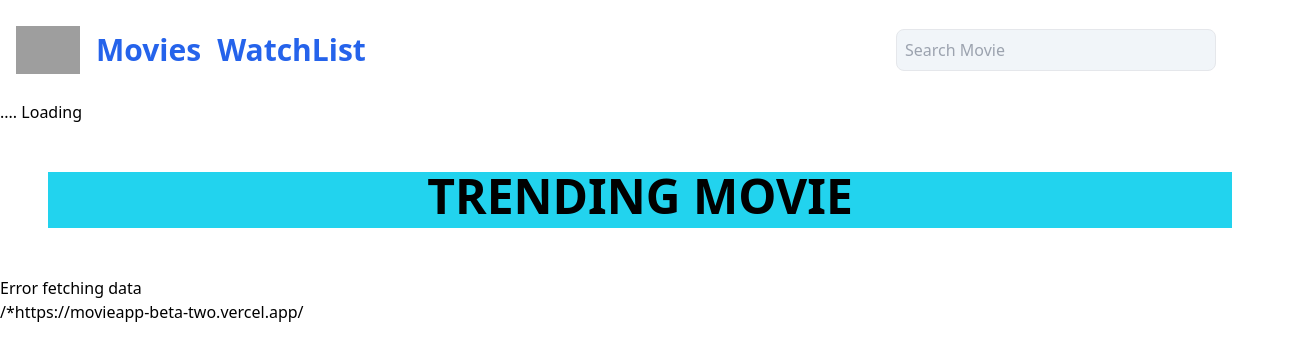
Repository: swapnil0663/MovieApp
Page: /
These files come from the project's save history. The page is drawn as it stood at one moment and after a run of saves; the edit follows.
The browser window is 1280 px wide. The page is 1296 px wide, so the pictures cover 1296 px, including what lies to the right of the window. The pictures show the whole page.
Pictures or frames that could not be fetched are drawn as grey boxes. The page's requests for data from a server got no answer. Some web fonts or font styles are not loaded; a fallback is used. The project was rebuilt for these pictures with package versions that can differ from the ones it lists, and the page was loaded fresh each time. No one was signed in, and anything a server would have sent is missing. Also part of the build but not shown: vite.config.js, src/Components/Paging.jsx, src/Components/MovieCard.jsx, src/Components/WatchList.jsx.

Above is the page before, as saved 2025-01-04 00:07:26.

### index.html
<!doctype html>
<html lang="en">
  <head>

    <meta charset="UTF-8" />
    <link rel="stylesheet" href="https://cdnjs.cloudflare.com/ajax/libs/font-awesome/6.7.0/css/all.min.css" integrity="sha512-9xKTRVabjVeZmc+GUW8GgSmcREDunMM+Dt/GrzchfN8tkwHizc5RP4Ok/MXFFy5rIjJjzhndFScTceq5e6GvVQ==" crossorigin="anonymous" referrerpolicy="no-referrer" />
    <link rel="icon" type="image/svg+xml" href="/vite.svg" />
    <meta name="viewport" content="width=device-width, initial-scale=1.0" />
    <title>Movies</title>
    <link rel="stylesheet" href="https://rsms.me/inter/inter.css">

  </head>
  <body>
    <div id="root"></div>
    <script type="module" src="/src/main.jsx"></script>
  </body>
</html>


/*https://movieapp-beta-two.vercel.app/

### src/main.jsx
import { StrictMode } from "react";
import { createRoot } from "react-dom/client";
import { Provider } from "react-redux";
import "./index.css";
import App from "./App.jsx";
import store from "./redux/store";

createRoot(document.getElementById("root")).render(
  <StrictMode>
    <Provider store={store}>
      <App />
    </Provider>
  </StrictMode>
);

### src/index.css
@tailwind base;
@tailwind components;
@tailwind utilities;

/*
* {
    margin: 0;
    padding: 0;
    box-sizing: border-box;
}  */

### src/App.jsx
import { BrowserRouter, Routes, Route } from "react-router-dom";
import { useState, useEffect } from "react";
import "./App.css";
import Banner from "./Components/Banner";
import Movie from "./Components/Movie";
import Navbar from "./Components/Navbar";
import WatchList from "./Components/WatchList";
import TBan from "./Components/TBan";
import MovieContext from "./Context/MovieContext";

function App() {
  const [watchList, setWatchList] = useState(
    JSON.parse(localStorage.getItem("watchList")) || []
  );

  const addToWatchList = (movieToadd) => {
    const newWatchList = [...watchList, movieToadd];
    setWatchList(newWatchList);
  };

  const removeFromWatchList = (movieToRemove) => {
    const newWatchList = watchList.filter(
      (movieObj) => movieObj.id !== movieToRemove.id
    );
    setWatchList(newWatchList);
  };

  useEffect(() => {
    localStorage.setItem("watchList", JSON.stringify(watchList));
  }, [watchList]);

  return (
    <BrowserRouter>
      <Navbar />

      <MovieContext.Provider
        value={{ watchList, addToWatchList, removeFromWatchList, setWatchList }}
      >
        <Routes>
          <Route
            path="/"
            element={
              <>
                <Banner />
                <TBan />
                {/* <PagingContext.Provider
                  value={{ pageno, handleprev, handlenext }}
                > */}
                  <Movie
                  // watchList={watchList}
                  // addToWatchList={addToWatchList}
                  // removeFromWatchList={removeFromWatchList}
                  />
                {/* </PagingContext.Provider> */}
              </>
            }
          />
          <Route
            path="/watchList"
            element={
              <WatchList
              // movies = {watchList}
              // removeFromWatchList = {removeFromWatchList}
              // setWatchList={setWatchList}
              />
            }
          />
        </Routes>
      </MovieContext.Provider>
    </BrowserRouter>
  );
}

export default App;

// https://api.themoviedb.org/3/movie/popular?language=en-US&page=1
// API -> 14915bb7694a0701b51a3b7146b944e2

### src/redux/store.js
import { configureStore } from "@reduxjs/toolkit";
import PagingSlice from "./PagingSlice";
import movieSlice from "./Movies/movieSlice";

const store = configureStore({
    reducer: {
        pagingState : PagingSlice.reducer,
        movieState : movieSlice.reducer,
    }
})

export default store;

### src/Components/Banner.jsx
import axios from 'axios';
import { useEffect } from 'react';
import { useState } from 'react';
import { BASE_URL } from '../utils/BaseUrl';


export default function Banner(){
    const [trendingMovie,serTrendingMovie] = useState(null);

   useEffect (() => {
    axios.get('https://api.themoviedb.org/3/trending/movie/day?api_key=14915bb7694a0701b51a3b7146b944e2')
    .then(function(res){
        let randomMovies = res.data.results[Math.floor(Math.random()*20)];
        serTrendingMovie(randomMovies);
    })
   },[]);

    if(!trendingMovie) {
        return (<h1> .... Loading</h1>)
    }

    return (
        <div className="relative ">
            <img  className="h-[32rem] w-3/4 rounded-[2rem] flex items-self-center justify-self-center" alt="Image Not Found " src={BASE_URL + trendingMovie.backdrop_path} />
            <p className="bg-[#111827b3] w-full text-center absolute left-[50%] h-14 bottom-0 text-white text-5xl translate-x-[-50%]">{trendingMovie.title}</p>

        </div>
    )
}

### src/Components/Movie.jsx
import { BASE_URL } from "../utils/BaseUrl";
import { useEffect, useContext } from "react";
import Paging from "./Paging";
import MovieCard from "./MovieCard";
import MovieContext from "../Context/MovieContext";
import { useDispatch, useSelector } from "react-redux";
import movieThung from "../redux/Movies/movieThung";

export default function Movie() {
  const { watchList } = useContext(MovieContext);
  const { pageno } = useSelector((store) => store.pagingState);
  const { movies, isLoading, error } = useSelector((store) => store.movieState);
  const dispatch = useDispatch();

  useEffect(() => {
    dispatch(movieThung(pageno));
  // eslint-disable-next-line react-hooks/exhaustive-deps
  }, [pageno]);

  if (isLoading) {
    return (
      <h1
        style={{
          display: "flex",
          alignItems: "center",
          justifyContent: "center",
        }}
      >
        {" "}
        ... Loading{" "}
      </h1>
    );
  }
  if (error) {
    return <h1>Error fetching data</h1>;
  }

  return (
    <>
      <div className="flex flex-wrap justify-evenly">
        {movies.map((movie) => {
          return (
            <MovieCard
              key={movie.id}
              movie={movie}
              fav={watchList.some((movieObj) => movieObj.id === movie.id)}
              title={movie.title}
              poster={BASE_URL + movie.backdrop_path}
            />
          );
        })}
      </div>

      <Paging />
    </>
  );
}

### src/Components/Navbar.jsx
import { useEffect, useState } from "react";
import { Link } from "react-router-dom";

export default function Navbar() {
  const [search, setSearch] = useState("");

  useEffect(() => {

  },[search])
  return (
    <div className="flex items-center m-4 w-screen justify-between">
      <div className="flex items-center">
        <img
          className="h-12"
          src="https://www.freeiconspng.com/thumbs/movie-icon/movie-icon-24.png"
        />
        <Link className="m-4 text-blue-600 text-3xl font-bold" to="/">
          {" "}
          Movies{" "}
        </Link>
        <Link className="text-blue-600 text-3xl font-bold" to="/watchList">
          {" "}
          WatchList
        </Link>
      </div>
      <input
      value={search}
        className=" w-[20rem] bg-slate-100 border p-2 mx-20 rounded-lg"
        type="text"
        placeholder="Search Movie"
        onChange={(e) => {
            setSearch(e.target.value);
        }}
      />
    </div>
  );
}

### src/Components/TBan.jsx
export default function TBan(){
    return (
        <h1 className='m-12 bg-cyan-400 h-14 left-[50%] text-center tanslate-x-[-50%] font-bold text-5xl'> TRENDING MOVIE </h1>
    )
}

### src/Context/MovieContext.js
import { createContext }   from 'react';

const MovieContext = createContext();

export default MovieContext;

### src/redux/PagingSlice.js
import { createSlice } from "@reduxjs/toolkit";

const PagingSlice = createSlice({
    name : "PagingSlice",
    initialState : {
        pageno : 1,
    },
    reducers : {
        handleprev : (State) => {
            if(State.pageno > 1){
                State.pageno -= 1;
            }
        },
        handlenext : (state) => {
            state.pageno += 1;
        }
    }
})

export default PagingSlice;

### src/redux/Movies/movieSlice.js
import { createSlice } from "@reduxjs/toolkit";

    const movieSlice = createSlice({
        name : 'movieSlice',
        initialState : {
            movies : [],
            isLoading : true,
            error : false
        },
        reducers : {
            setMovies : (state, descObj) => {
                state.movies = descObj.payload;
                state.isLoading = false;
                state.error = false;
            },
            setLoading : (state) => {
                state.isLoading = true;
                state.error = false;
                state.movies = [];
            },
            setError : (state) => {
                state.error = true;
                state.isLoading = false;
                state.movies = [];
            }
        }
    })

    export default movieSlice;

### src/utils/BaseUrl.jsx

export const BASE_URL = 'https://image.tmdb.org/t/p/w500/';

export const ALL_GENERE = "All Genere"

export const GENRES_TO_MAPPING = {
    28: "Action",
    12: "Adventure",
    16: "Animation",
    35: "Comedy",
    80: "Crime",
    99: "Documentary",
    18: "Drama",
    10751: "Family",
    14: "Fantasy",
    36: "History",
    27: "Horror",
    10402: "Music",
    9648: "Mystery",
    10749: "Romance",
    878: "Science Fiction",
    10770: "TV Movie",
    53: "Thriller",
    10752: "War",
    37: "Western"
};

### src/redux/Movies/movieThung.js
import movieSlice from "./movieSlice";
import axios from "axios";
const action = movieSlice.actions;
export default function movieThung(pageno) {
  return async function (dispatch) {
    try {
      dispatch(action.setLoading());
      const res = await axios.get(
        `https://api.themoviedb.org/3/trending/movie/day?api_key=14915bb7694a0701b51a3b7146b944e2&page=${pageno}`
      );
      dispatch(action.setMovies(res.data.results));
    // eslint-disable-next-line no-unused-vars
    } catch (error) {
      dispatch(action.setError());
    }
  };
}

Loaded but not shown: src/App.css (common file); tailwind.config.js (common file)

After the next 4 saves:
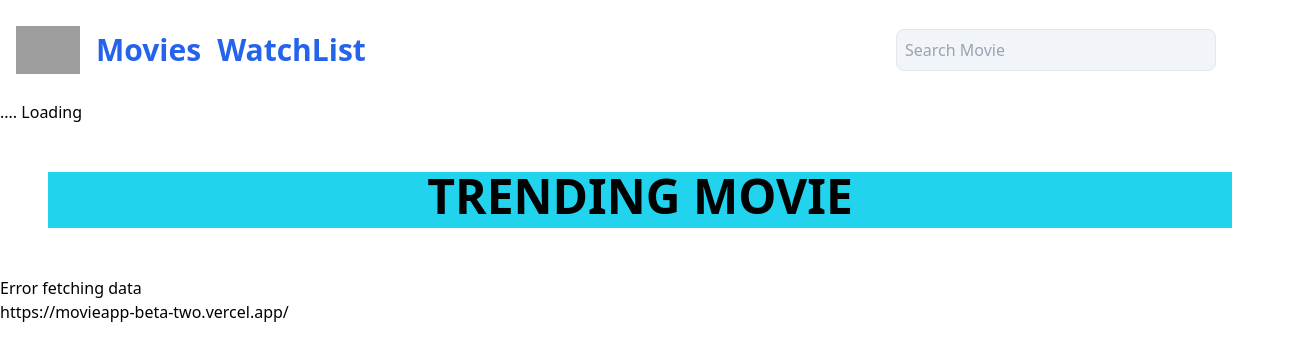
The 4 saves are shown as one change because they came seconds apart.
The last was saved 12 s later.
--- a/index.html
+++ b/index.html
@@ -17,4 +17,4 @@
 </html>
 
 
-/*https://movieapp-beta-two.vercel.app/
+https://movieapp-beta-two.vercel.app/
